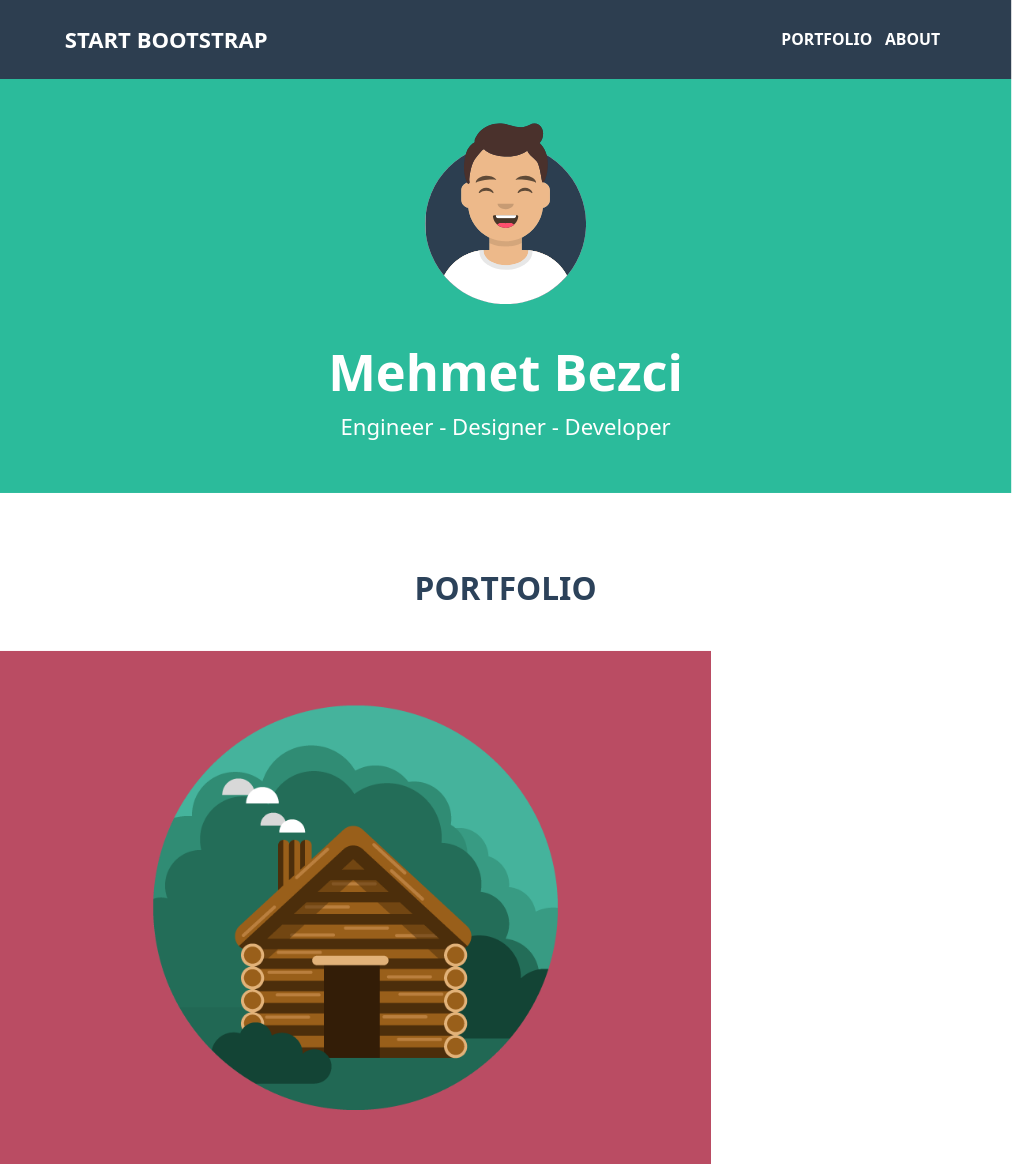
Repository: 7JaxeN7/WT-1255P-Mehmet_BEZC-
Page: index.html
The author's editor kept a copy of each file at every save. The page is drawn from the files as they stood at one save, then again after the next save.
The browser window is 1280 px wide. The page is 1292 px wide, so the pictures cover 1292 px, including what lies to the right of the window. The pictures show the whole page, at 79% of full size.

Above is the page before, as saved 2025-01-06 21:25:40.

### index.html
<!DOCTYPE html>
<html lang="tr">

<head>
  <meta charset="UTF-8">
  <meta name="viewport" content="width=device-width, initial-scale=1.0">
  <link rel="stylesheet" href="style.css">
  <link href="https://cdn.jsdelivr.net/npm/bootstrap@5.3.3/dist/css/bootstrap.min.css" rel="stylesheet"
    integrity="sha384-QWTKZyjpPEjISv5WaRU9OFeRpok6YctnYmDr5pNlyT2bRjXh0JMhjY6hW+ALEwIH" crossorigin="anonymous">
  <title>Start Bootstrap</title>
</head>

<body>
  <!-- Navbar -->
  <header>
    <nav class="navbar navbar-expand-lg navbar-bg">
      <div class="container pt-3 pb-3">
        <a class="navbar-brand text-white fw-bolder fs-3" href="#">START BOOTSTRAP</a>
        <button class="navbar-toggler" type="button" data-bs-toggle="collapse" data-bs-target="#navbarNav"
          aria-controls="navbarNav" aria-expanded="false" aria-label="Toggle navigation">
          <span class="navbar-toggler-icon"></span>
        </button>
        <div class="collapse navbar-collapse" id="navbarNav">
          <ul class="navbar-nav ms-auto">
            <li class="nav-item">
              <a class="nav-link text-white fw-bolder fs-5" href="#">PORTFOLIO</a>
            </li>
            <li class="nav-item">
              <a class="nav-link text-white fw-bolder fs-5" href="#">ABOUT</a>
            </li>
          </ul>
        </div>
      </div>
    </nav>
  </header>
  <!-- Herosection -->
   <div class="herosection-bg pt-5 pb-5">
    <div class="container text-center">
      <img src="/assets/img/avataaars.svg" width="20%"/>
    <h1 class="mt-5 text-white fw-bolder display-3">Mehmet Bezci</h1>
    <p class="text-white fs-3">Engineer - Designer - Developer</p>
    </div>
   </div>
   <!-- Portfolio -->
    <div class="portfolio-section">
      <h2 class="text-center mt-5 pt-5 pb-5 fs-1 fw-semibold portfolio-tittle">PORTFOLIO</h2>
      <div class="row">
        <div class="col-4">
          <img src="/assets/img/cabin.png"
        </div>
        <div class="col-4"></div>
        <div class="col-4"></div>
      </div>
    </div>
  <!-- Burası bootstrap script kısmı -->
  <script src="https://cdn.jsdelivr.net/npm/bootstrap@5.3.3/dist/js/bootstrap.bundle.min.js"
    integrity="sha384-YvpcrYf0tY3lHB60NNkmXc5s9fDVZLESaAA55NDzOxhy9GkcIdslK1eN7N6jIeHz"
    crossorigin="anonymous"></script>
</body>

</html>

### style.css
.navbar-bg {
  background-color: #2d3e50 !important;
}
.herosection-bg{
    background-color: #2bbb9b ;
}
.portfolio-tittle{
    color: #2c425a;
}

After the next save:
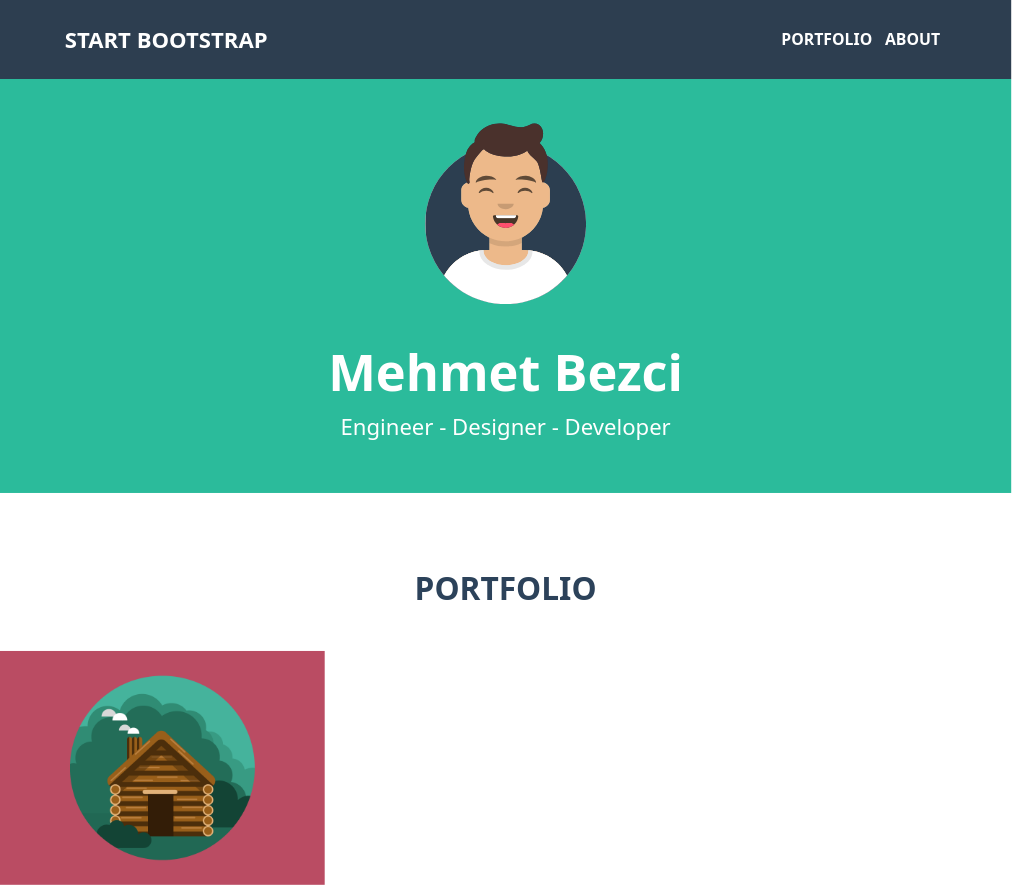
Saved 40 s later.
--- a/index.html
+++ b/index.html
@@ -46,7 +46,7 @@
       <h2 class="text-center mt-5 pt-5 pb-5 fs-1 fw-semibold portfolio-tittle">PORTFOLIO</h2>
       <div class="row">
         <div class="col-4">
-          <img src="/assets/img/cabin.png"
+          <img src="/assets/img/cabin.png" class="img-fluid"
         </div>
         <div class="col-4"></div>
         <div class="col-4"></div>

After the save that followed:
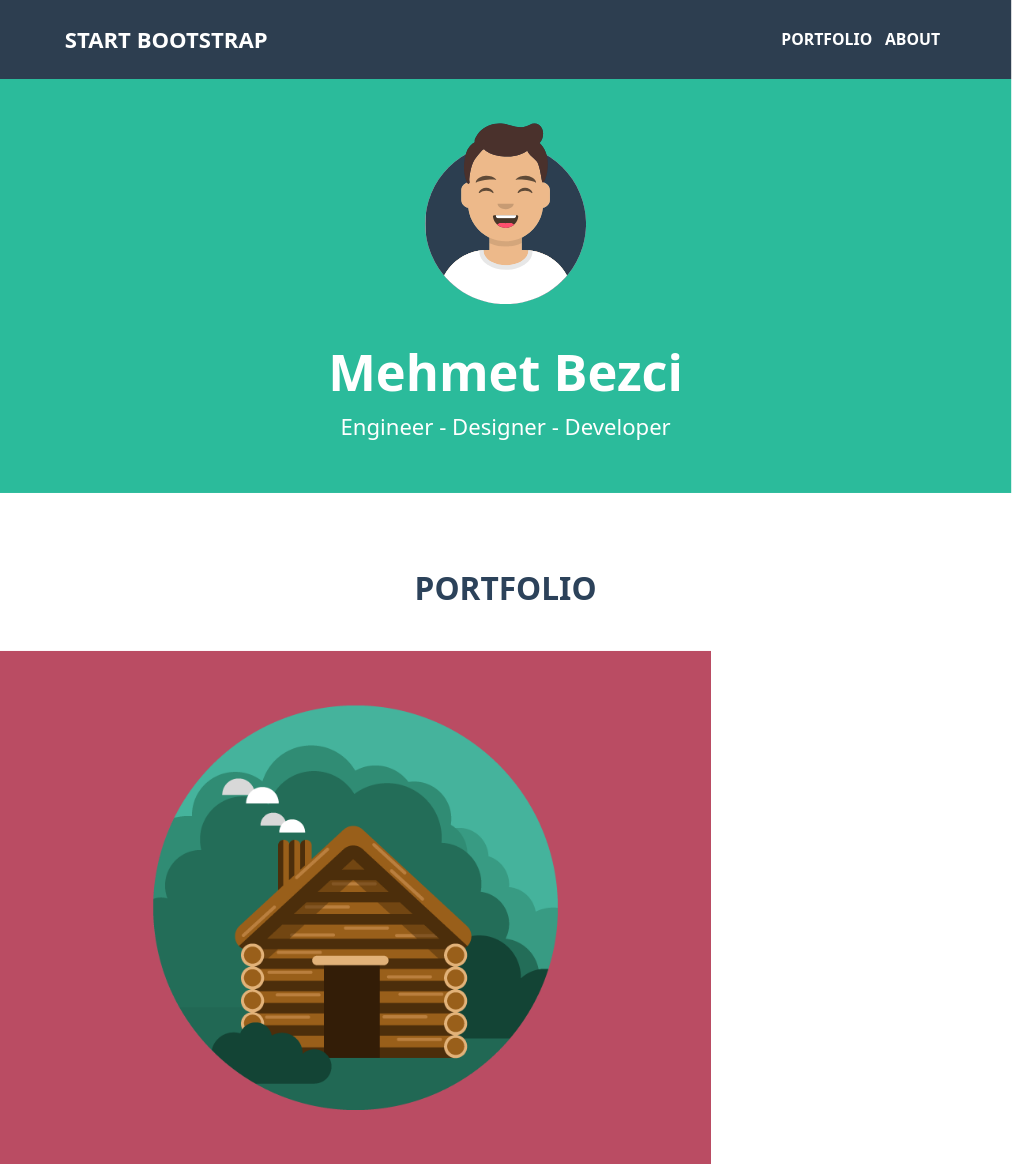
Saved 118 s later.
--- a/index.html
+++ b/index.html
@@ -45,11 +45,11 @@
     <div class="portfolio-section">
       <h2 class="text-center mt-5 pt-5 pb-5 fs-1 fw-semibold portfolio-tittle">PORTFOLIO</h2>
       <div class="row">
-        <div class="col-4">
+        <div class="col-12">
           <img src="/assets/img/cabin.png" class="img-fluid"
         </div>
-        <div class="col-4"></div>
-        <div class="col-4"></div>
+        <div class="col-12"></div>
+        <div class="col-12"></div>
       </div>
     </div>
   <!-- Burası bootstrap script kısmı -->
